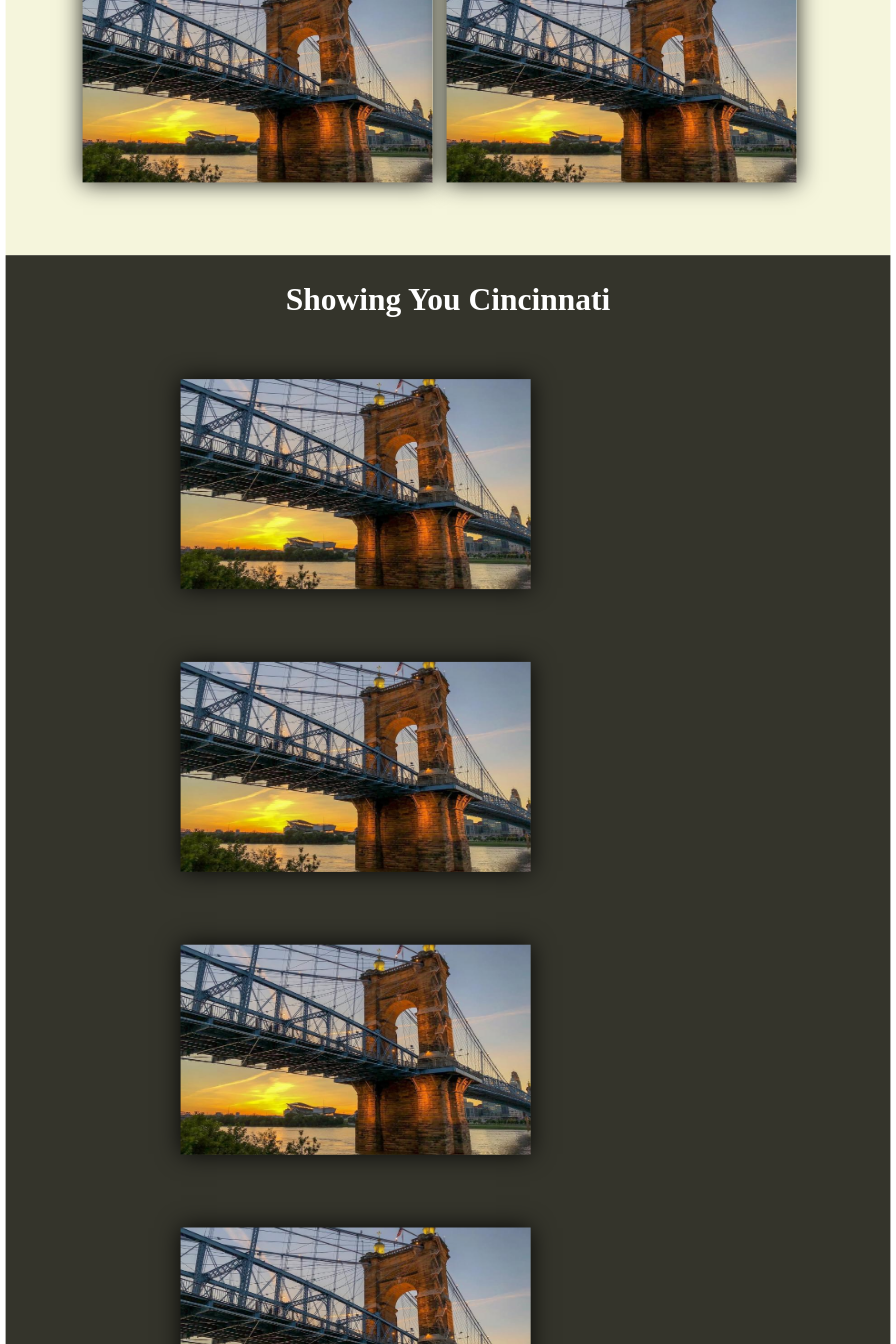
Repository: LtGriff/capstoneprogress
Page: index.html
The author's editor kept a copy of each file at every save. The page is drawn from the files as they stood at one save, then again after the next save.
The browser window is 1280 px wide. The pictures show the part of the page from y = 852 to 2772 px (the page is 3776 px tall before and 4090 px after), at 70% of full size.

Above is the page before, as saved 2022-06-06 01:12:52.

After the next save:
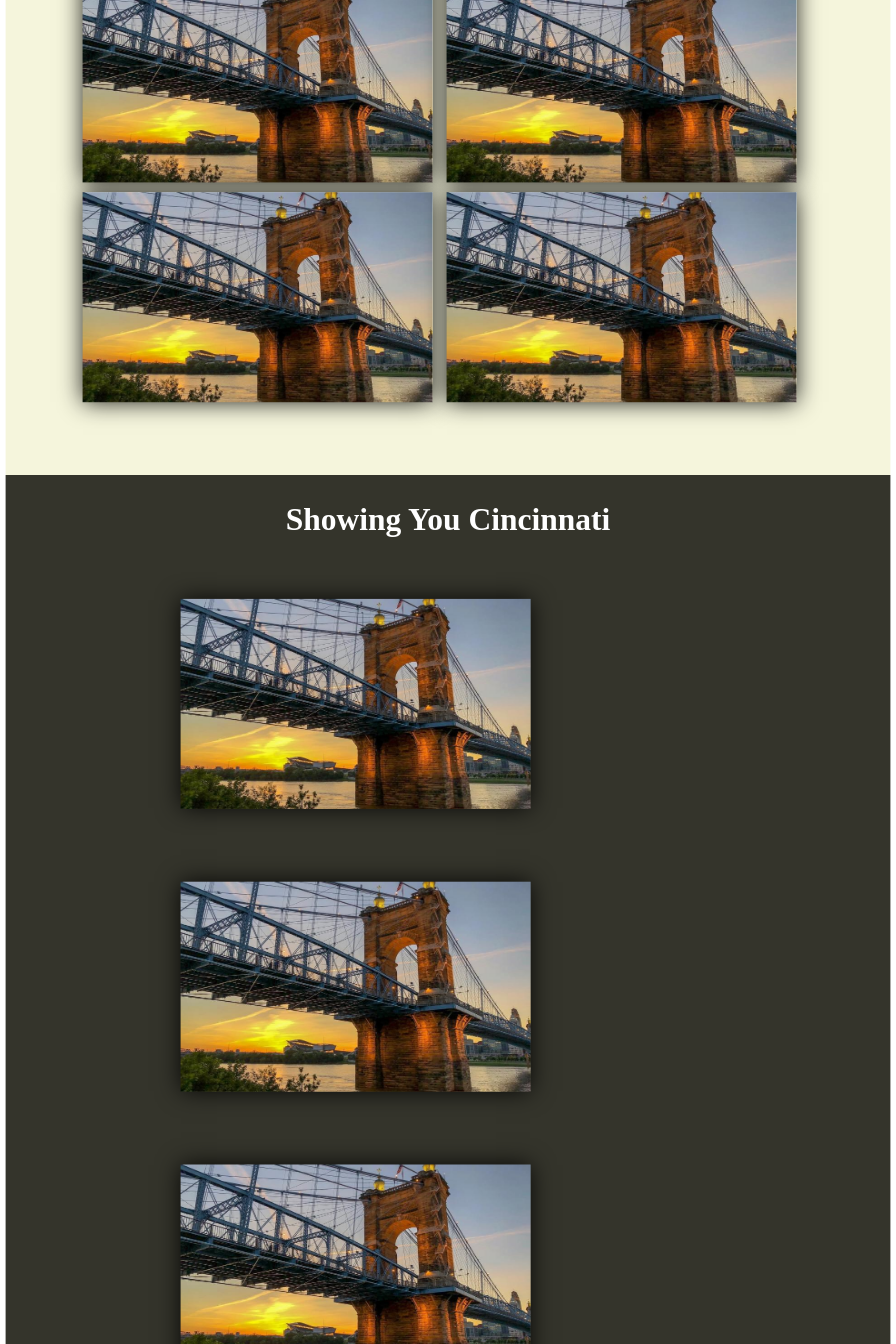
Saved 2 min 2 s later.
--- a/index.html
+++ b/index.html
@@ -44,6 +44,18 @@
 
      </div>
 
+
+     <div class="picture">
+          <img src="img/bridge.jpg" alt="bridge">
+
+
+     </div>
+
+     <div class="picture">
+          <img src="img/bridge.jpg" alt="bridge">
+
+
+     </div>
 
      <div class="picture">
           <img src="img/bridge.jpg" alt="bridge">
